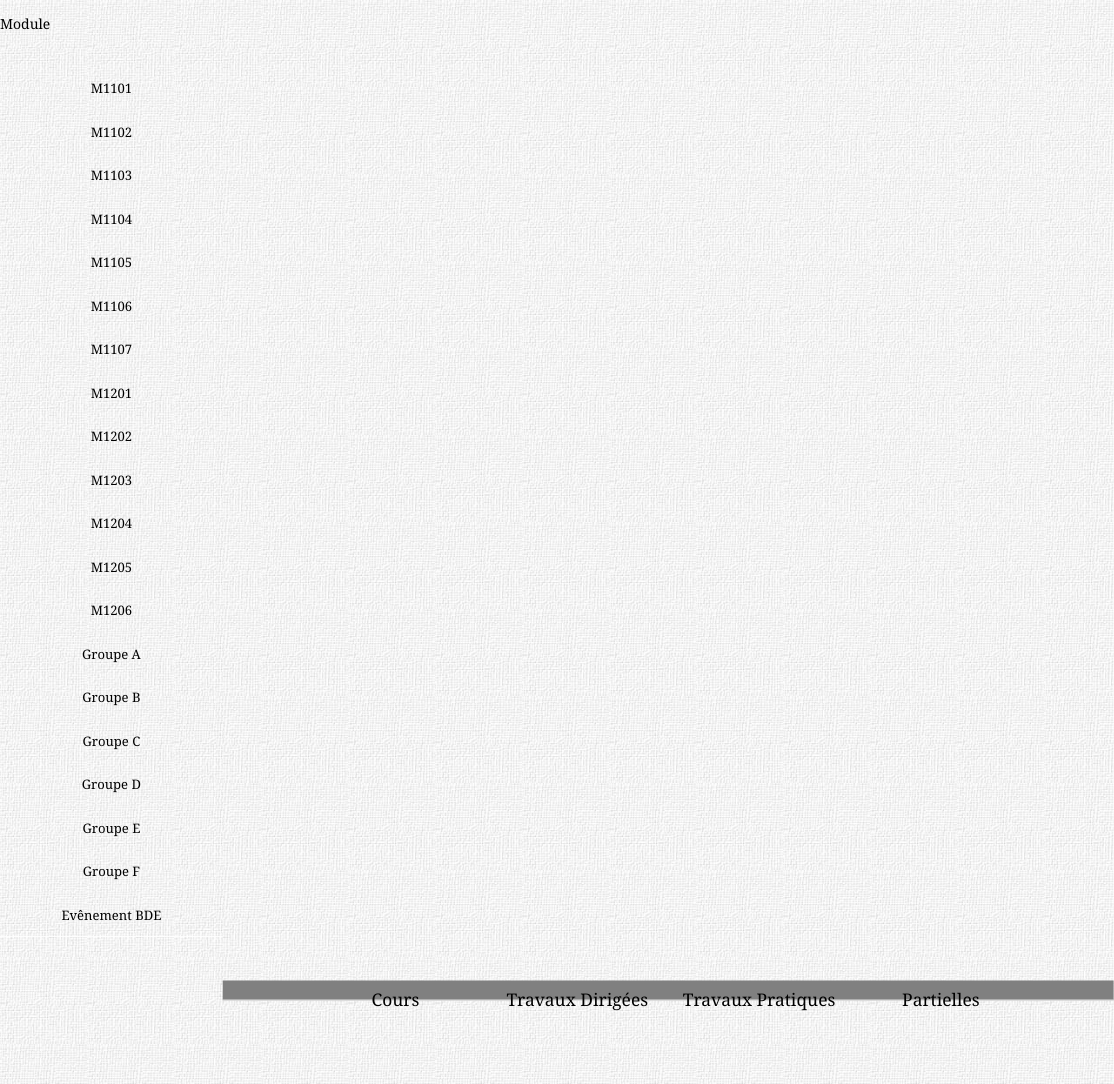
Repository: ValentinArg/PETUT
Page: http://localhost/PETUT/WEB-INF/jsp/eleve/semestre1.jsp
These files come from the project's save history. The page is drawn as it stood at one moment and after the next save; the edit follows.
The browser window is 1280 px wide. The pictures show the whole page, at 87% of full size.
Some web libraries are served in a nearby version. The page is served by Tomcat 9. Nobody is signed in. Other server files are loaded and not shown. The template is opened directly, without the code that normally fills it, so the values that code supplies are empty.

Above is the page before, as saved 2016-10-01 16:18:25.

### PETUT/WebContent/WEB-INF/jsp/eleve/semestre1.jsp
<%@ page language="java" contentType="text/html; charset=ISO-8859-1"
    pageEncoding="ISO-8859-1"%>
<!DOCTYPE html PUBLIC "-//W3C//DTD HTML 4.01 Transitional//EN" "http://www.w3.org/TR/html4/loose.dtd">
<html>
<head>
<meta http-equiv="Content-Type" content="text/html; charset=ISO-8859-1">
<link rel ="stylesheet" href = "/PETUT/css/main.css"/>
<link rel ="stylesheet" href = "/PETUT/css/allSemestres.css"/>
<title>Insert title here</title>
</head>
<body>
	<jsp:include page="../enTete.jsp"/>

	<div class="navigation">
		<ul>
			<li class="parent" id="parent1"><p class="module">M1101</p></li>
			<li class="parent" id="parent2"><p class="module">M1102</p></li>
			<li class="parent" id="parent1"><p class="module">M1103</p></li>
			<li class="parent" id="parent2"><p class="module">M1104</p></li>
			<li class="parent" id="parent1"><p class="module">M1105</p></li>
			<li class="parent" id="parent2"><p class="module">M1106</p></li>
			<li class="parent" id="parent1"><p class="module">M1107</p></li>
			<li class="parent" id="parent2"><p class="module">M1201</p></li>
			<li class="parent" id="parent1"><p class="module">M1202</p></li>
			<li class="parent" id="parent2"><p class="module">M1203</p></li>
			<li class="parent" id="parent1"><p class="module">M1204</p></li>
			<li class="parent" id="parent2"><p class="module">M1205</p></li>
			<li class="parent" id="parent1"><p class="module">M1206</p></li>
			<li class="parent" id="parent1"><p class="module">Groupe A</p></li>
			<li class="parent" id="parent2"><p class="module">Groupe B</p></li>
			<li class="parent" id="parent1"><p class="module">Groupe C</p></li>
			<li class="parent" id="parent2"><p class="module">Groupe D</p></li>
			<li class="parent" id="parent1"><p class="module">Groupe E</p></li>
			<li class="parent" id="parent2"><p class="module">Groupe F</p></li>
			<li class="parent" id="parent1"><p class="module">Evênement BDE</p></li>

		</ul>
	</div>
	<div class="conteneurGeneral">
		<ul class="selection" id="selection">
			<li class=" type"><a>Cours</a></li>
			<li class="type"><a>Travaux Dirigées</a></li>
			<li class="type"><a>Travaux Pratiques</a></li>
			<li class="type"><a>Partielles</a></li>
		</ul>
	</div>

</body>
</html>

### PETUT/WebContent/WEB-INF/jsp/enTete.jsp
<%@ page language="java" contentType="text/html; charset=ISO-8859-1"
    pageEncoding="ISO-8859-1"%>
<!DOCTYPE html PUBLIC "-//W3C//DTD HTML 4.01 Transitional//EN" "http://www.w3.org/TR/html4/loose.dtd">
<html>
<head>
	<meta http-equiv="Content-Type" content="text/html; charset=ISO-8859-1">
	<title>Insert title here</title>
	<link rel ="stylesheet" href = "/PE2I/css/main.css"/>
	<script src="https://code.jquery.com/jquery-1.12.4.js"></script>
  	<script src="https://code.jquery.com/ui/1.12.1/jquery-ui.js"></script>

</head>
<body>
	<div class=enTete>
		<p class="boutonHautBas" id="boutonHautBas">Module</p>
		<ul class="nav" id="nav">
			<c:forEach var="forum" items="${listeForum}">
				<li class=" partie"><a class="forum" id="${forum.id}"><c:out value="${forum.nom}"/></a></li>
			</c:forEach>
			<!-- <li class="partie" id="banniere"><a>PETUT</a></li>-
			<li class=" partie"><a class="forum" id="1">Cours</a></li>
			<li class="partie"><a class="forum" id="2">Travaux Dirigées</a></li>
			<li class="partie"><a class="forum" id="3">Travaux Pratiques</a></li>
			<li class="partie"><a class="forum" id="4">Partiels</a></li>
			<li class="partie"><a>Mon Compte</a></li>-->
		</ul>
	</div>

</body>
</html>

### PETUT/WebContent/css/main.css
@CHARSET "ISO-8859-1";

@CHARSET "UTF-8";
/* Général ------------------------------------------------------------------------------------- */

html {
  height: 100%;
  box-sizing: border-box;
}

*,
*:before,
*:after {
  box-sizing: inherit;
}

body {
	background-image : url(../images/fond.jpg);
	position: relative;
 	margin: 0;
  padding-bottom: 6rem;
  min-height: 100%;
}

body,p,legend, label, input {
    font: normal 8pt;
    font-family:  Georgia, serif;
}

header img {
	width:470px;
	display:inline;
}
header .logoiut{
	height:135px;
	width:215px;
}
header{

	height:135px;
	margin-left:auto;
	margin-right:auto;
	background-image : url(../images/fondbanniere.jpg);
	width:85%;
	min-width:880px;
}
nav {
	width:85%;
	min-width:880px;
	margin-left:auto;
	margin-right:auto;
	text-align:left;

}
.general{
	width:85%;
	min-width:880px;
	margin-left:auto;
	margin-right:auto;
	background-image:url(../images/fondgeneral.jpg);
	padding-top:30px;
	padding-bottom:10px;
	min-height:69vh;
	margin-bottom:-24px;
}
footer {
	width:85%;
	min-width:880px;
	margin-left:auto;
	margin-right:auto;
	font-size:80%;
	position: absolute;
  	right: 0;
  	bottom: 0;
  	left: 0;
  	padding: 1rem;
  	margin-top:0;
	background-image:url(../images/fondgeneral.jpg);
}

### PETUT/WebContent/css/allSemestres.css
.parent{

	list-style:none;
	font-size:15px;
	cursor:pointer;
	width:100%;
	display:inline-block;

}

.navigation ul{
	width:100%;
	display:inline-block;

}




ul{
	margin:0;
	padding:0;
}

.ue {

	border-top:solid 1px white;
	display:block;
	padding:10px;
	text-align:center;
	background-color:#4CAF50;
	margin:0;
}

.ue:hover{
	color:white;
}

.module p{

	border:none;
	border-bottom:solid 1px white;
	display: block;
	padding:10px;
	text-align:center;
	background-color:#333;
	margin:0;


}

.module p:hover{
	color:white;
	cursor:pointer;
}

.semestres{
	background-color:#4CAF50;

}

a{
	cursor:pointer;
}





body{

	margin:0;
	padding:0;
}



.navigation{

	display:inline-block;
	list-style : none;
	margin:0;
	padding:0;
	position: relative;
	z-index:5;
	width:20%;
	border-bottom:solid 1px white;
	text-align:center;
	height:95.5%;
	max-height:95.3%;
	overflow: auto;


}

.conteneurGeneral{
	text-align:justify;
	display:inline-block;
	height:100%;
	position:relative;
	width: 80%;
	margin:0;
	margin-left:20%;
	padding:0;
	margin-top:50px;
	vertical-align:top;

}

.selection{
	display:block;
	vertical-align:top;
	list-style : none;
	margin:0;
	background: Grey;
	z-index:5;
	height:4.7%;
	border-bottom:solid 1px white;
	text-align: center;

}



.type {
	display: inline-block;
	padding:8px;
	font-size:20px;
	height:20px;
	vertical-align:top;
	width:20%;

}

.type p {
	margin:0;
	padding:0;
	color:white;
	cursor:pointer;
}

.type:hover{
	background:#333;

}

.tableauTopic{
	text-align: center;
	position:relative;
	display:block;

}

After the next save:
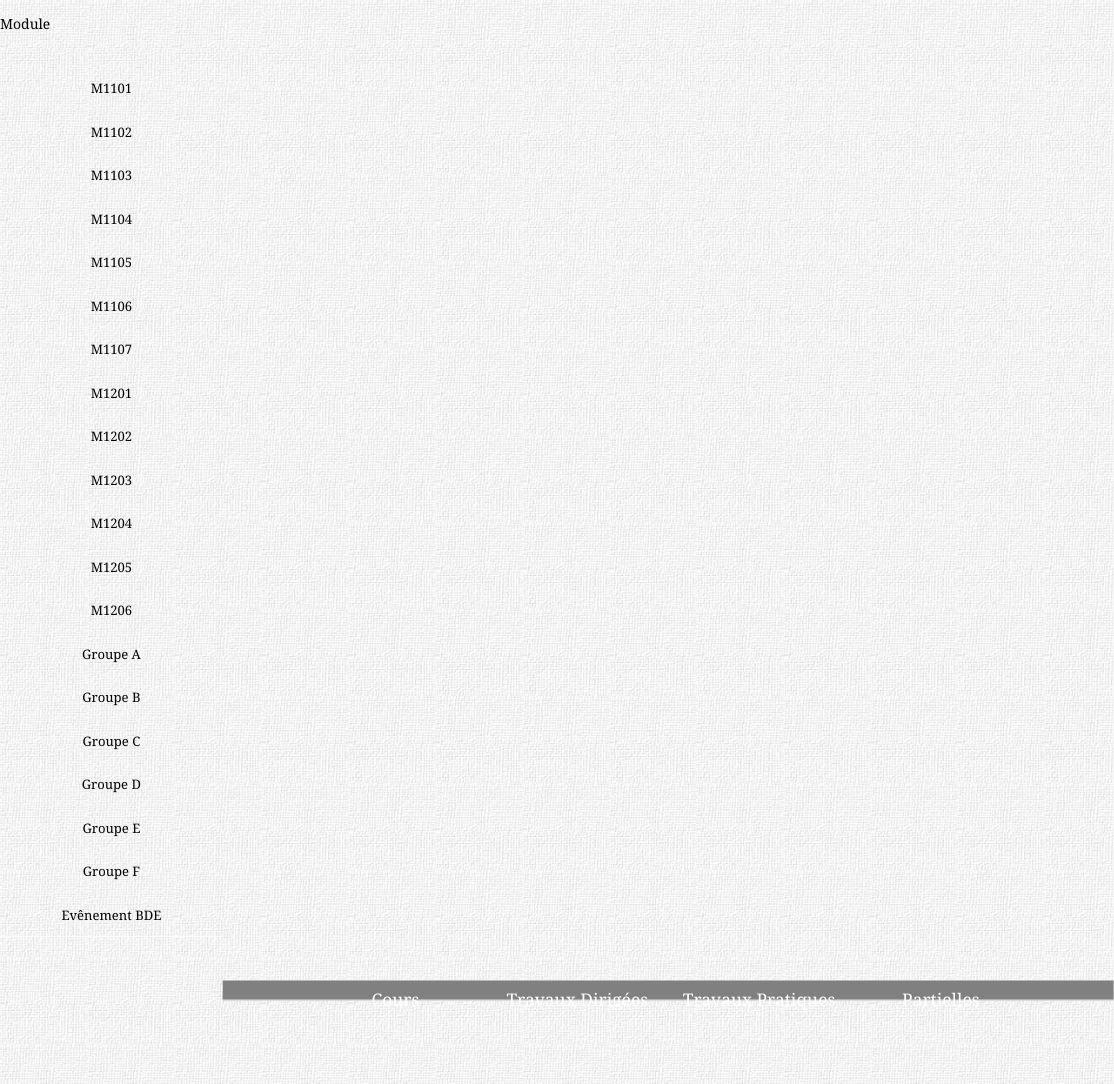
Saved 56 s later.
--- a/PETUT/WebContent/WEB-INF/jsp/eleve/semestre1.jsp
+++ b/PETUT/WebContent/WEB-INF/jsp/eleve/semestre1.jsp
@@ -38,10 +38,10 @@
 	</div>
 	<div class="conteneurGeneral">
 		<ul class="selection" id="selection">
-			<li class=" type"><a>Cours</a></li>
-			<li class="type"><a>Travaux Dirigées</a></li>
-			<li class="type"><a>Travaux Pratiques</a></li>
-			<li class="type"><a>Partielles</a></li>
+			<li class=" type"><p>Cours</p></li>
+			<li class="type"><p>Travaux Dirigées</p></li>
+			<li class="type"><p>Travaux Pratiques</p></li>
+			<li class="type"><p>Partielles</p></li>
 		</ul>
 	</div>
 
